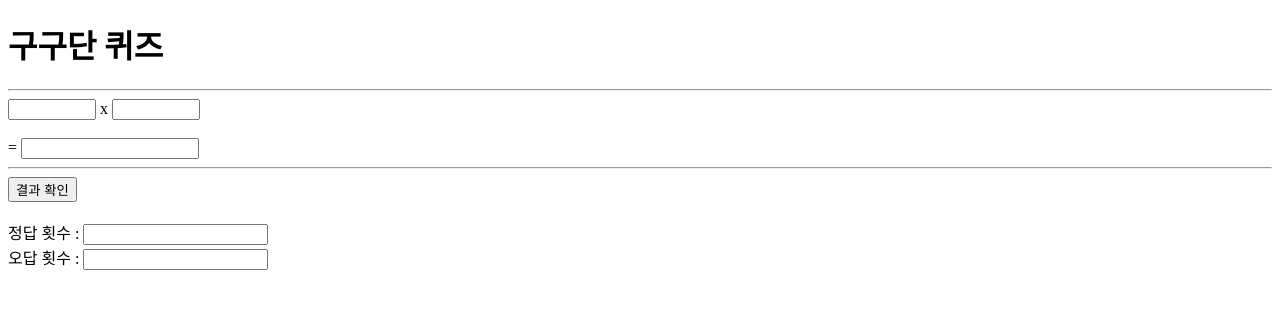
Repository: Baechangho/JavaBasic
Page: workspace_web/Front/src/main/webapp/event/gugudan_quiz.html
An editor plug-in stored every save of this project. The page is shown before and after the next save, followed by the edit.
The browser window is 1280 px wide. The pictures show the whole page.

Above is the page before, as saved 2023-08-09 00:14:05.

After the next save:
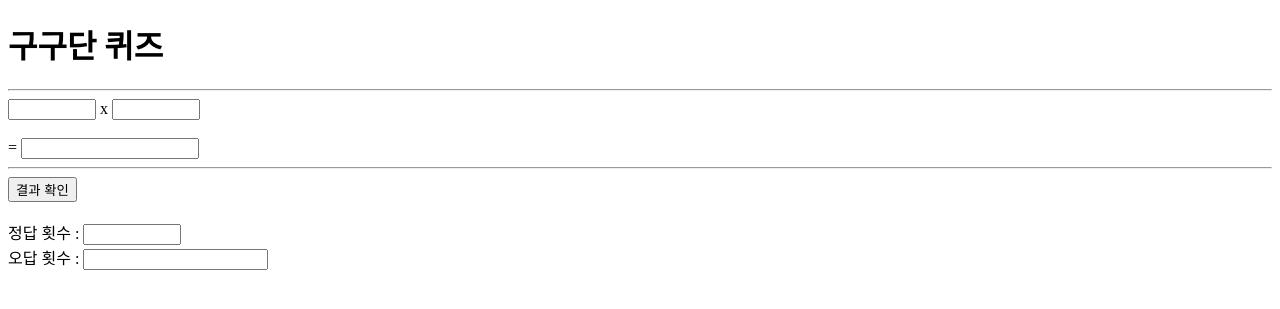
Saved 92 s later.
--- a/workspace_web/Front/src/main/webapp/event/gugudan_quiz.html
+++ b/workspace_web/Front/src/main/webapp/event/gugudan_quiz.html
@@ -9,6 +9,9 @@
 }
 #answer{
 	width: 170px;
+}
+#correct{
+	width: 90px;
 }
 </style>
 <script type="text/javascript">
